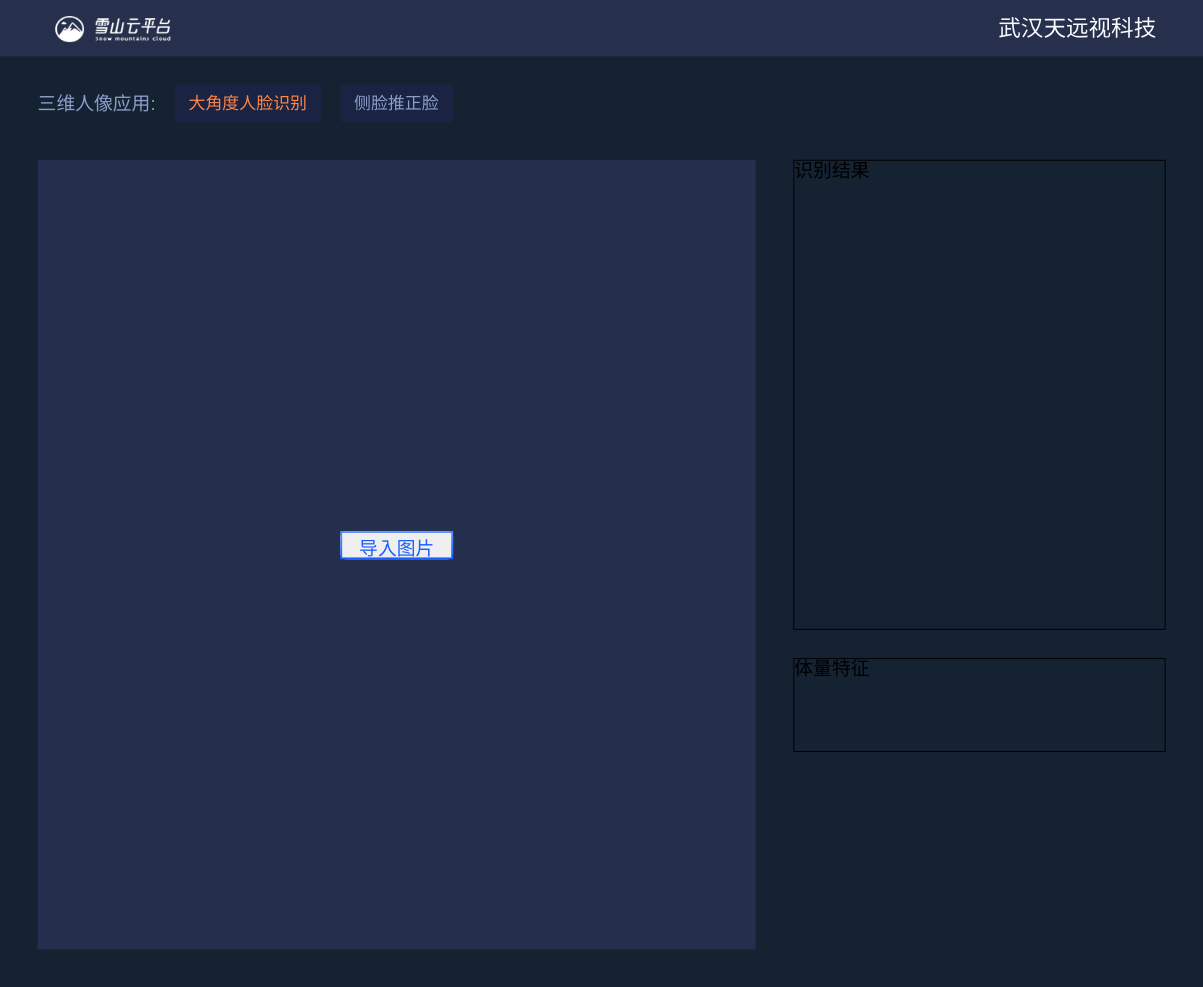
Repository: fyt2020/pubilcDemlo
Page: /
The author's editor kept a copy of each file at every save. The page is drawn from the files as they stood at one save, then again after the next save.
The browser window is 1280 px wide. The pictures show the whole page, at 94% of full size.
The project was rebuilt for these pictures with package versions that can differ from the ones it lists, and the page was loaded fresh each time.

Above is the page before, as saved 2020-04-28 11:04:14.

### index.html
<!DOCTYPE html>
<html>
  <head>
    <meta charset="utf-8">
    <meta name="viewport" content="width=device-width,initial-scale=1.0">
    <title>pubilcdemo</title>
    <script src="./static/config.js"></script>
    <script src="./static/main.js"></script>
  </head>
  <body>
    <div id="app"></div>
    <!-- built files will be auto injected -->
  </body>
</html>

### src/main.js
// The Vue build version to load with the `import` command
// (runtime-only or standalone) has been set in webpack.base.conf with an alias.
import Vue from 'vue'
import App from './App'
import router from './router'
import '@/assets/css/reset.css'
import axios from '@/plugins/axios';

Vue.config.productionTip = false
Vue.prototype.$http = axios;
/* eslint-disable no-new */
new Vue({
  el: '#app',
  router,
  components: { App },
  template: '<App/>'
})

### src/router/index.js
import Vue from 'vue'
import Router from 'vue-router'
import Home from '@/pages/Home'

Vue.use(Router)

export default new Router({
  linkExactActiveClass: "exactActive",
  linkActivesClass: "active",
  routes: [
    {
      path: '/',
      name: 'home',
      component: Home,
      meta:{
        needTooken:false
      },
      redirect:'/bigAngle',
      children:[
        {
          path: 'bigAngle',
          name: 'bigAngle',
          component: () => import("@/pages/bigAngle"),
          meta:{
            needTooken:false
          },

        },
        {
          path: 'face',
          name: 'face',
          component: () => import("@/pages/face"),
          meta:{
            needTooken:false
          },

        }

      ]
    }
  ]
})

### src/assets/css/reset.css
@charset "UTF-8";
/**
 * @desc pc端常用reset.css
 * @author archer
 * @date 2018-08-26
 */
html,body,div,p,ul,li,dl,dt,dd,em,i,span,a,img,input,h1,h2,h3,h4,h5,nav,section,footer,header,table,tr,th,td,ul,li{margin:0;padding:0;box-sizing: border-box;}
h1,h2,h3,h4,h5,h6{font-weight:normal}
i,em,b{font-style:normal}
article,aside,details,figcaption,figure,footer,header,menu,nav,section {display: block;}
a,img,input {border:none;}
a {text-decoration:none;}
a:hover, a:active {outline: none;}
ul,li{list-style: none}
button,input,select,textarea{font-size:100%;outline:none}
table{border-collapse:collapse;border-spacing:0}
html, body {width: 100%;height: 100%;}
body{font-family:"Helvetica Neue",Helvetica, Arial,sans-serif; font-size: 14px;line-height:1}

### src/pages/Home.vue
<template>
  <div class="home">
      <div class="header">
           <div class="header__left">
                <img src="../assets/img/logo1.png" alt="" class="logo_img">

           </div>
           <div class="header__right">
                <span>武汉天远视科技</span>
           </div>
      </div>
      <div class="navigation">
            <span class="navigation__title">三维人像应用:</span>
            <router-link tag="li" :to="{name:'bigAngle'}" class="navigation__item">大角度人脸识别</router-link>
            <router-link tag="li" :to="{name:'face',params:{id:'self'}}" class="navigation__item">侧脸推正脸</router-link>
      </div>

      <div class="content">
         <router-view />
      </div>

  </div>
</template>

<script>
export default {
  data() {
    return {};
  },
  computed: {},
  created() {

  },
  mounted() {

  },
  methods: {

  },
  components: {}
};
</script>

<style lang="scss" scoped>
@import "~@/assets/css/home.scss";
</style>

### src/pages/bigAngle.vue
<template>
  <div class="bigAngle">
    <div class="bigAngle__left">
      <div class="left__top">
        <img :src="uploadImgUrl" alt class="uploadImg" v-if="uploadImgUrl" />
        <img
          src="../assets/img/delete.png"
          alt
          class="delete__img"
          v-show="closeKey"
          @click="close"
        />
        <button class="btn" @click="uploadFile2" v-if="btnKey">
          导入图片
          <form
            name="fileList"
            id="fileList"
            action="uploadURL"
            method="POST"
            enctype="multipart/form-data"
            class="file"
          >
            <input
              type="file"
              hidden
              @change="beforeUploadFile2($event)"
              id="upload_file2"
              class="file-inp"
            />
          </form>
        </button>
      </div>
      <!-- <div class="left__bottom">
        <span class="left__bottomT">识别目标</span>
        <ul class="recg__box">
          <li class="recg__item" v-for="item in angleImg" :key="item.id">
            <img :src="item.src" alt class="recg__itemImg"/>
          </li>
        </ul>
      </div> -->
    </div>
    <div class="bigAngle__right">
      <div class="right__top">
        <span class="right__topT">识别结果</span>
        <div id="WebGL-output"></div>
        <ul class="info__box" v-if="infoObj.collectNo">
          <li class="info__item">
            <span class="info__iteml">采集编号:</span>
            <span class="info__itemr">{{infoObj.collectNo}}</span>
          </li>
          <li class="info__item">
            <span class="info__iteml">性别:</span>
            <span class="info__itemr">{{infoObj.sex}}</span>
          </li>
          <li class="info__item">
            <span class="info__iteml">证件号:</span>
            <span class="info__itemr">{{infoObj.idNo}}</span>
          </li>
          <li class="info__item">
            <span class="info__iteml">采集时间:</span>
            <span class="info__itemr">{{infoObj.time}}</span>
          </li>
        </ul>
      </div>
      <div class="right__bottom">
           <span class="right__topT">体量特征</span>
           <ul class="tl__box" v-if="charData.length>0">
               <li class="tl__item" v-for="item in charData" :key="item.value">
                   <span class="tl__iteml same">{{item.title}}</span>
                   <span class="tl__itemr same">{{item.value}}</span>
               </li>
           </ul>
      </div>
    </div>
  </div>
</template>

<script>
import axios from 'axios'
export default {
  props: {},
  data() {
    return {
      btnKey: true,
      uploadImgUrl: "",
      closeKey: false,
      camera: null,
      renderer: null,
      boxHelper: null,
      animationId: null,
      modelObj: null,
      scene: null,
      infoObj: {
          collectNo:'',
          sex:'',
          time:'',
          idNo:''
      },
      charData:[],
      angleImg:[],

      source: 0
    };
  },
  computed: {},
  created() {},
  mounted() {},
  watch: {},
  methods: {
    close() {
      console.log($('#WebGL-output'))
      $('#WebGL-output').empty();
      this.uploadImgUrl = "";
      this.closeKey = false;
      this.btnKey = true;
      this.angleImg = [];
      this.charData =[];
      this.infoObj = {
          collectNo:'',
          sex:'',
          time:'',
          idNo:''
      },
      this.removeEntity(this.modelObj);
    },
    uploadFile2() {
      let file = document.getElementById("upload_file2");
      file.click();
    },
    beforeUploadFile2(e) {
      let VM = this;
      let files = e.target.files[0];
      let nameArr = e.target.files[0].name.split(".");
      let len = nameArr.length;
      let startName = e.target.files[0].name.split(".")[0];
      let endName = nameArr[len - 1];
      if (
        endName != "jpg" &&
        endName != "png" &&
        endName != "jpeg" &&
        endName != "JPG" &&
        endName != "PNG" &&
        endName != "JPEG"
      ) {
        VM.$Message.error(`上传图片格式不是jpg或png!`);
        return;
      }
      if (!files) {
        return;
      }
      this.btnKey = false;
      this.closeKey = true;
      let reader = new FileReader();
      reader.onloadend = function() {
        VM.uploadImgUrl = reader.result;
      };
      reader.readAsDataURL(files);
      this.angleImg = [{id:Math.floor(Math.random*100),src:`../../static/data/${startName}/${startName}_angle.jpg`}];
      this.INIT(400, 400, startName);
      this.getInfo(startName);
    },

    INIT(width, height, name) {
      let VM = this;
      //场景构建
      VM.scene = new THREE.Scene();
      //相机构建
      VM.camera = new THREE.PerspectiveCamera(45, width / height, 0.1, 2000); //四个参数 视场角 方向 最近距 最远距  fov对应着图中的视角，是上下两面的夹角。aspect是近平面的宽高比。
      // camera.lookAt( new THREE.Vector3(0, 0, 0));
      //渲染器构建
      VM.renderer = new THREE.WebGLRenderer({
        antialias: true
      });

      //设置背景颜色
      VM.renderer.setClearColor(0x484b5f);
      //三个参数 width height updateStyle第三个选填
      VM.renderer.setSize(width, height);
      //激活阴影
      VM.renderer.shadowMapEnabled = true;
      //添加材质灯光阴影
      var ambiColor = "ffffff";
      var ambientLight = new THREE.AmbientLight(ambiColor);
      VM.scene.add(ambientLight);

      //添加坐标系
      // var axes = new THREE.AxisHelper(100);
      // scene.add(axes);

      //添加网格
      // var helper = new THREE.GridHelper( 1000, 50 ,0x0000ff, 0xff8080);
      // scene.add(helper);
      VM.boxHelper = new THREE.BoxHelper();

      var controls = new THREE.OrbitControls(VM.camera, VM.renderer.domElement);
      //controls.target = new THREE.Vector3(0, 0, 0);
      // 使动画循环使用时阻尼或自转 意思是否有惯性
      controls.enableDamping = true;
      //动态阻尼系数 就是鼠标拖拽旋转灵敏度
      controls.dampingFactor = 0.25;
      //是否可以缩放
      controls.enableZoom = true;
      //是否自动旋转
      controls.autoRotate = false;
      //设置相机距离原点的最近距离
      //controls.minDistance = 200;
      //设置相机距离原点的最远距离
      //controls.maxDistance = 600;
      //是否开启右键拖拽
      controls.enablePan = true;
      //上下旋转范围
      controls.minPolarAngle = 0;
      controls.maxPolarAngle = Math.PI * (90 / 180);
      //左右旋转范围
      controls.minAzimuthAngle = -Math.PI * (60 / 180);
      controls.maxAzimuthAngle = Math.PI * (60 / 180);

      controls.panSpeed = 0.2;
      controls.rotateSpeed = 0.1;
      //模型
      var onProgress = function(xhr) {
        // if (xhr.lengthComputable) {
        //   //可计算的长度
        //   var percentCompvare = (xhr.loaded / xhr.total) * 100; //加载程度百分比
        //   var elem = document.getElementById("myBar");
        //   var width = parseInt(percentCompvare);
        //   elem.style.width = width + "%";
        //   $(".loading").text("正在下载:" + parseInt(percentCompvare) + "%");
        // }
      };
      var onError = function(xhr) {
        // $(".loading")
        //   .show()
        //   .text("下载失败");
        return;
      };

      var modelPath = `../../static/data/${name}`;
      var objLoader = new THREE.OBJLoader2();
      var callbackOnLoad = function(event) {
        VM.modelObj = event.detail.loaderRootNode;
        VM.modelObj.name = `${name}`;
        VM.modelObj.scale.set(1.9, 1.9, 1.9);
        VM.modelObj.children[0].geometry.computeBoundingBox();
        VM.modelObj.rotation.x = THREE.Math.degToRad(-88);
        VM.modelObj.children[0].geometry.center();
        VM.boxHelper.setFromObject(VM.modelObj);
        let center = VM.boxHelper.geometry.boundingSphere.center;
        let radius = VM.boxHelper.geometry.boundingSphere.radius;
        let cameraPos = new THREE.Vector3(
          center.x + VM.modelObj.position.x,
          center.y + VM.modelObj.position.y,
          radius * 2.2 + center.z + VM.modelObj.position.z
        );
        let lookPos = new THREE.Vector3(
          center.x + VM.modelObj.position.x,
          center.y + VM.modelObj.position.y,
          center.z + VM.modelObj.position.z
        );
        VM.camera.position.copy(cameraPos);
        controls.target = lookPos;
        VM.camera.lookAt(lookPos);
        VM.scene.add(VM.modelObj);
      };
      let typeObj = VM.source == "1" ? "textured" : "cut";
      objLoader.loadMtl(modelPath + `/${typeObj}_mesh.mtl`, null, function(
        materialCreator
      ) {
        materialCreator[`${typeObj}_mesh`].opacity = 1; // new THREE.Color(1,1,1)
        objLoader.setMaterials(materialCreator);
        objLoader.setLogging(true, true);
        objLoader.load(
          modelPath + `/${typeObj}_mesh.obj`,
          callbackOnLoad,
          onProgress,
          onError,
          null,
          false
        );
      });
      VM.camera.lookAt(VM.scene.position);
      //在页面上添加渲染器，dom元素
      $("#WebGL-output").append(VM.renderer.domElement);
      renderScene();
      VM.getModelTxt(name);
      function renderScene() {
        var clock = new THREE.Clock();
        var delta = clock.getDelta(); //三角点
        controls.update();
        VM.camera.updateProjectionMatrix();
        VM.animationId = requestAnimationFrame(renderScene); //请求动画框架
        VM.renderer.render(VM.scene, VM.camera);
      }
    },
    clearRenderer() {
      let VM = this;
      VM.renderer.dispose();
      VM.renderer.forceContextLoss();
      VM.renderer.context = null;
      VM.renderer.domElement = null;
      VM.renderer = null;
    },
    getModelTxt(name) {
      let VM = this;
      let id = new Date().getTime();
      let params = {
        headers: {
          "Content-Type": "text/plain;charset=utf-8"
        },
        responseType: "text/json",
        inCharset: "utf-8",
        outCharset: "utf-8",
        timeout: 30000,
        random: id
      };
      axios
        .get(
          `../../static/data/${name}/face_points_distance.txt`,
        )
        .then(function(res) {
            let newData = res.data.split("\r\n");
            let len = newData.length;
            for (var i = 0; i < len; i++) {
              let obj = {};
              if (newData[i]) {
                let k = newData[i].split(":")[0];
                let v = newData[i].split(":")[1];
                obj['title'] = k;
                obj['value'] = v;
              }
              VM.charData.push(obj)
            }
        })
        .catch(function(error) {
          console.log(error);
        });
    },
    getInfo(name) {
      let VM = this;
      this.$http.api
        .get(`../../static/data/${name}/${name}.json`)
        .then(function(res) {
          if (res.data.code === 0) {
            let data = res.data.result;
            VM.infoObj = data
          }
        })
        .catch(function(error) {
          console.log(error);
        });
    },
    //移除模型
    removeEntity(object) {
      let selectedObject = this.scene.getObjectByName(object.name);
      // console.log('renderer.renderLists',this.renderer.renderLists)
      selectedObject.traverse(function(item) {
        if (item instanceof THREE.Mesh) {
          item.geometry.dispose(); //删除几何体
          //item.material.dispose(); //删除材质
          if (Array.isArray(item.material)) {
            item.material.forEach(function(i) {
              i.dispose(); //删除材质
            });
          } else {
            item.material.dispose();
          }
        }
      });
      this.scene.remove(selectedObject);
      this.renderer.dispose();
      this.renderer.clear();
      this.renderer.renderLists.dispose();
      this.modelObj = null;
      THREE.Cache.clear();
    }
  },
  beforeDestroy() {},
  components: {}
};
</script>

<style scoped lang="scss">
@import "@/assets/css/bigAngle.scss";
</style>

### src/assets/css/home.scss

@import "@/assets/css/func.scss";
.home{
    font-size: 20px;
    width: 100vw;
    height: 100vh;
    background-color: #142232;
    .header{
        width: 100%;
        height: 60px;
        background-color: #262f4b;
        display: flex;
        align-items: center;
        color:  #f8faff;;
        justify-content: space-between;
        padding: 0 50px;
        font-size: 24px;
        .header__left{
            height: 100%;
            display: flex;
            align-items: center;
            .logo_img{
                width: 141px;
                height: 35px;
            }
        }
        .header__right{
            height: 100%;
            display: flex;
            align-items: center;
        }
    }
    .navigation{
        width: 100%;
        height: 40px;
        display: flex;
        align-items: center;
        box-sizing: border-box;
        background-color: #142232;
        color:  #8c9ecb;
        padding: 0 40px;
        margin-top: 30px;
        .navigation__title{
            margin-right: 20px;
        }
        &__item{
            height: 40px;
            line-height: 40px;
            box-sizing: border-box;
            padding: 0 15px;
            margin-right: 20px;
            font-size: 18px;
            color: #8c9ecc;
            background-color:  #1a2342;
        }
        &__item.exactActive{
             display: flex;
             color: #ff8748;
            //  background: url('#{$img}/qhbtn.png') no-repeat center;
             background-size: 100% 100%;

        }
    }
    .content{
        // height: calc(100% - 120px);
        width: 100%;
        padding: 40px;
        background-color: #142232;
    }
}

### src/assets/css/func.scss
// @function px2Rem($px, $base-font-size: 19.2px) {
//     @if (unitless($px)) { //有无单位
//       @return ($px / 19.2) * 1rem;
//     } @else if (unit($px) == em) {
//       @return $px;
//     }
//     @return ($px / $base-font-size) * 1rem;
// }

$img:"../../assets/img";

### src/assets/css/bigAngle.scss
.bigAngle{
     display: flex;
     width: 100%;
     height: 100%;
     .bigAngle__left{
        width: 994px;
        height: 840px;
        margin-right: 40px;
        display: flex;
        flex-direction: column;
        background-color: #242f4d;
        .left__top{
             width: 100%;
             height: 100%;
            //  border: 1px solid black;
             margin-bottom: 20px;
             display: flex;
             align-items: center;
             justify-content: center;
             position: relative;
             .uploadImg{
                height: 100%;
             }
             .delete__img{
                position: absolute;
                width: 36px;
                height: 36px;
                right: 20px;
                top:20px;
                transition: all 0.1 linear;
                z-index: 2100;
                cursor: pointer;
             }
             .btn{
                 position: absolute;
                 outline: none;
                 border-style: solid;
                 border-width: 2px;
                 border-image-source: linear-gradient(0deg,#1a5fff 0%, #5f8ffd 100%);
                 border-image-slice: 1;
                 width: 120px;
                 height: 30px;
                 line-height: 30px;
                 color: #1a5fff;
                 border-radius: 6px;
                 z-index: 9999;
             }
        }
        .left__bottom{
            width: 100%;
            height: 15%;
            border: 1px solid black;
            .left__bottom{

            }
            .recg__box{

                display: flex;
                align-items: center;
                justify-content: flex-start;
                .recg__item{
                    width: 100px;
                    height: 100px;
                    .recg__itemImg{

                        height: 100%;
                    }
                }
            }
        }
     }
     .bigAngle__right{
        width: 33%;
        height: 100%;


        .right__top{
            border: 1px solid black;
            width: 100%;
            height: 500px;
            position: relative;
            margin-bottom: 30px;
            .right__topT{

            }
            #WebGL-output{
                width: 400px;
                height: 400px;
            }
            .info__box{
                position: absolute;
                right: 0;
                bottom: 0;
                width: 300px;
                height: 200px;
                background-color: black;
                display: flex;
                flex-direction: column;

                color: blanchedalmond;


            }
        }
        .right__bottom{

            border: 1px solid black;
            width: 100%;
            height: 100px;
            .right__topT{

            }
            .tl__box{
                display: flex;

                .tl__item{



                 .same{




                 }
                 .tl__iteml{

                 }
                 .tl__itemr{

                 }
                }
            }


        }

     }
}

### static/config.js
window.BASEURL = {
     type:'id',

     imgUrl__collectNo:'srlp1576136811447'
};

Loaded but not shown: src/App.vue (common file); src/plugins/axios.js (library)

After the next save:
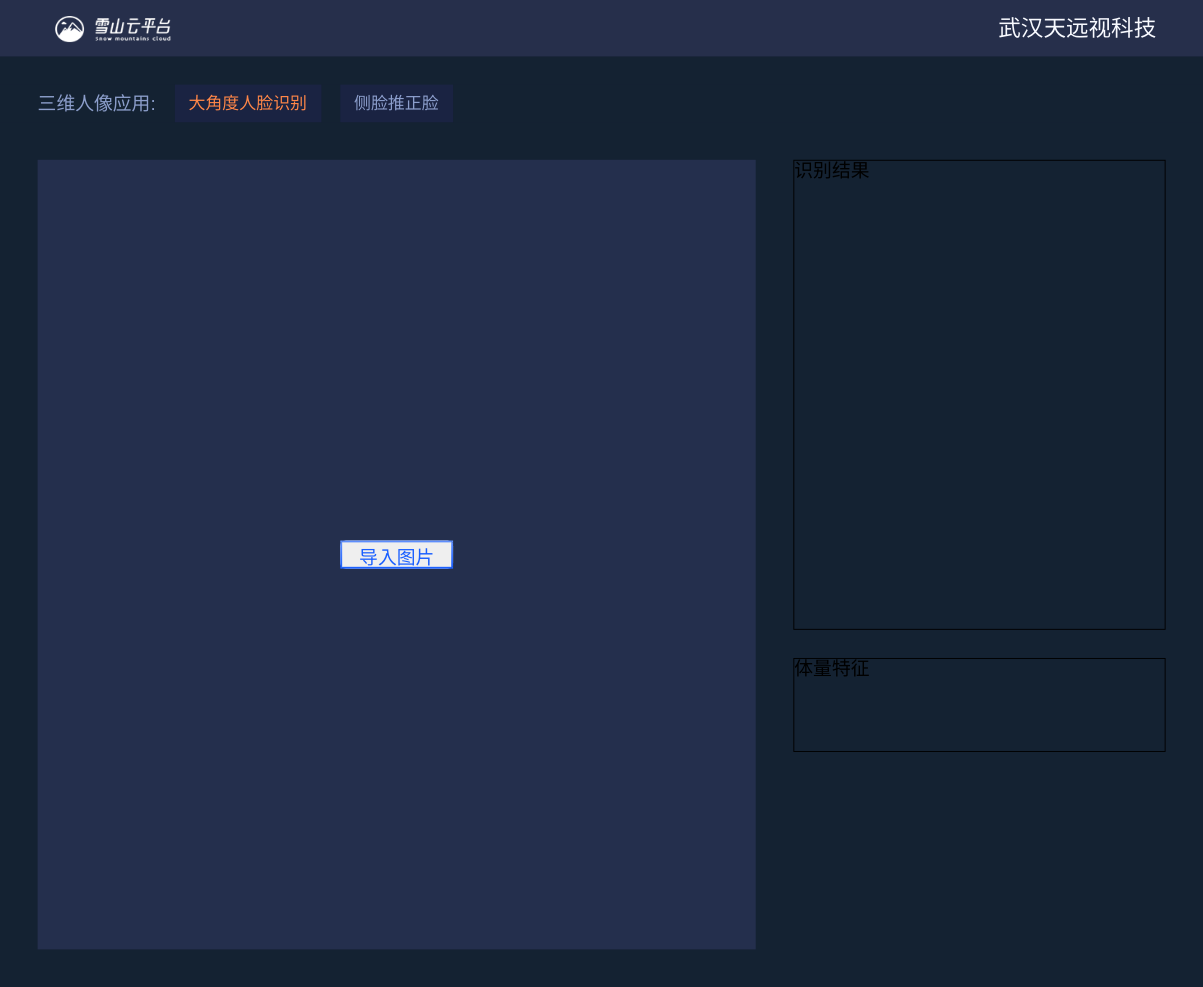
Saved 42 s later.
--- a/src/assets/css/bigAngle.scss
+++ b/src/assets/css/bigAngle.scss
@@ -12,8 +12,7 @@
         .left__top{
              width: 100%;
              height: 100%;
-            //  border: 1px solid black;
-             margin-bottom: 20px;
+            //  margin-bottom: 20px;
              display: flex;
              align-items: center;
              justify-content: center;
